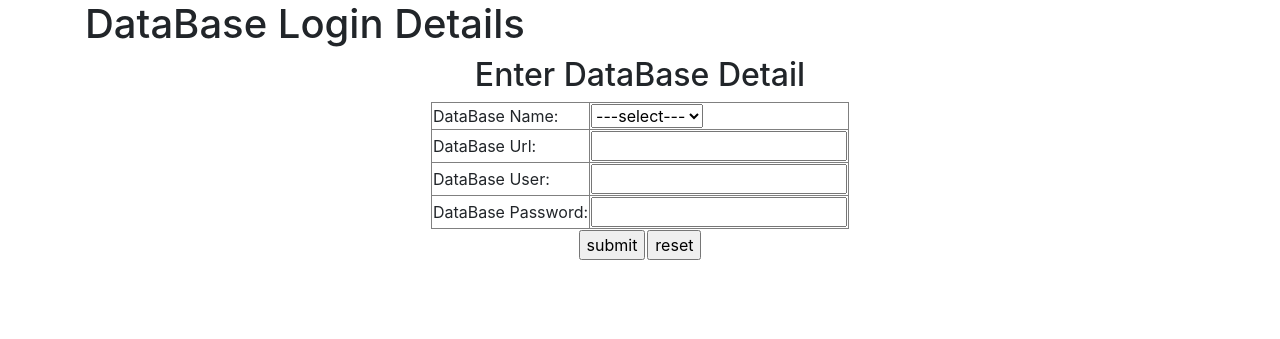
Repository: manish1905/MetaData_Details
Page: http://localhost/MetaData_Details/dbDetails
These files come from the project's save history. The page is drawn as it stood at one moment and after the next save; the edit follows.
The browser window is 1280 px wide. The pictures show the whole page.
Some web libraries are served in a nearby version. The page is served by Tomcat 9.

Above is the page before, as saved 2019-01-04 05:50:14.
Console error: TypeError: Cannot read properties of undefined (reading 'fn')

After the next save:
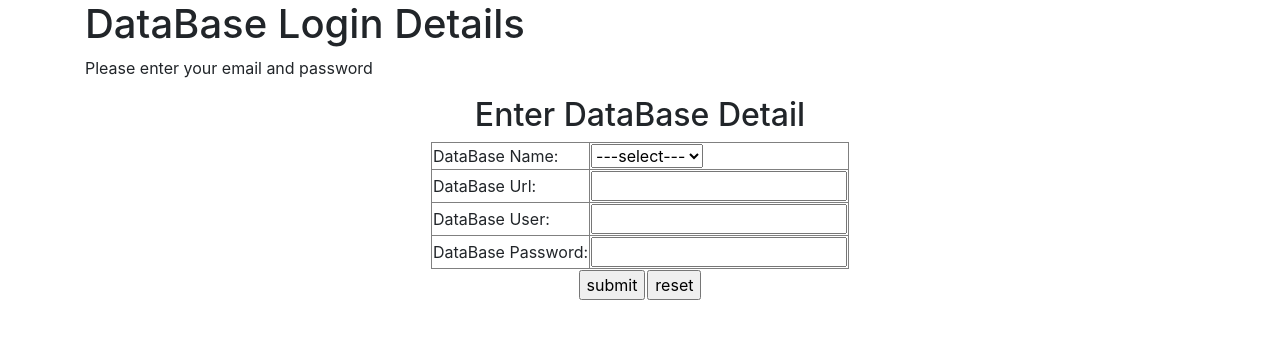
Saved 2 min 35 s later.
--- a/MetaData_Details/web/WEB-INF/jsps/dbDetail.jsp
+++ b/MetaData_Details/web/WEB-INF/jsps/dbDetail.jsp
@@ -9,7 +9,7 @@
 <link href="//maxcdn.bootstrapcdn.com/bootstrap/4.1.1/css/bootstrap.min.css" rel="stylesheet" id="bootstrap-css">
 <script src="//maxcdn.bootstrapcdn.com/bootstrap/4.1.1/js/bootstrap.min.js"></script>
 <script src="//cdnjs.cloudflare.com/ajax/libs/jquery/3.2.1/jquery.min.js"></script>
-<title>DataBase Data</title>
+
 <script  type="text/javascript">
 	function inputField()
 	{
@@ -39,9 +39,17 @@
 <body id="dbForm">
 <div class="container">
 <h1 class="form-heading">DataBase Login Details</h1>
+<div class="login-form">
+<div class="main-div">
+<div class="panel">
+   <h2></h2>
+   <p>Please enter your email and password</p>
+   </div>
 
 
 
+</div>
+</div>
 </div>
 
 	<form:form method="POST" action="dbDetailSuccess" modelAttribute="dataBaseBean">
